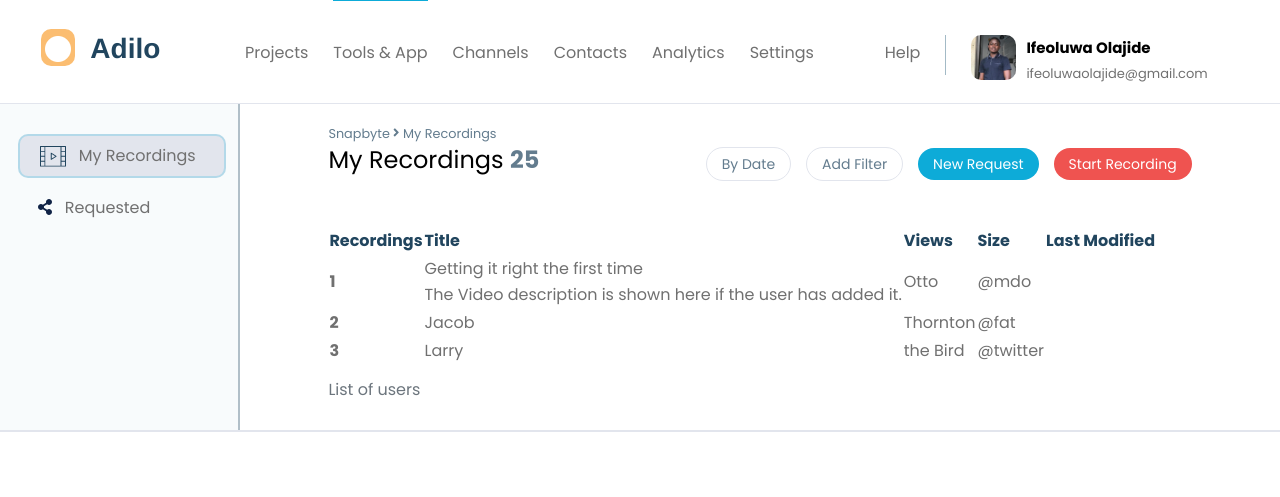
Repository: olhighjay/video_recorder
Page: /
An editor plug-in stored every save of this project. The page is shown before and after the next save, followed by the edit.
The browser window is 1280 px wide. The pictures show the whole page.
Some web libraries are served in a nearby version. The project was rebuilt for these pictures with package versions that can differ from the ones it lists, and the page was loaded fresh each time. Also part of the build but not shown: vue.config.js.

Above is the page before, as saved 2022-07-29 06:09:12.

After the next save:
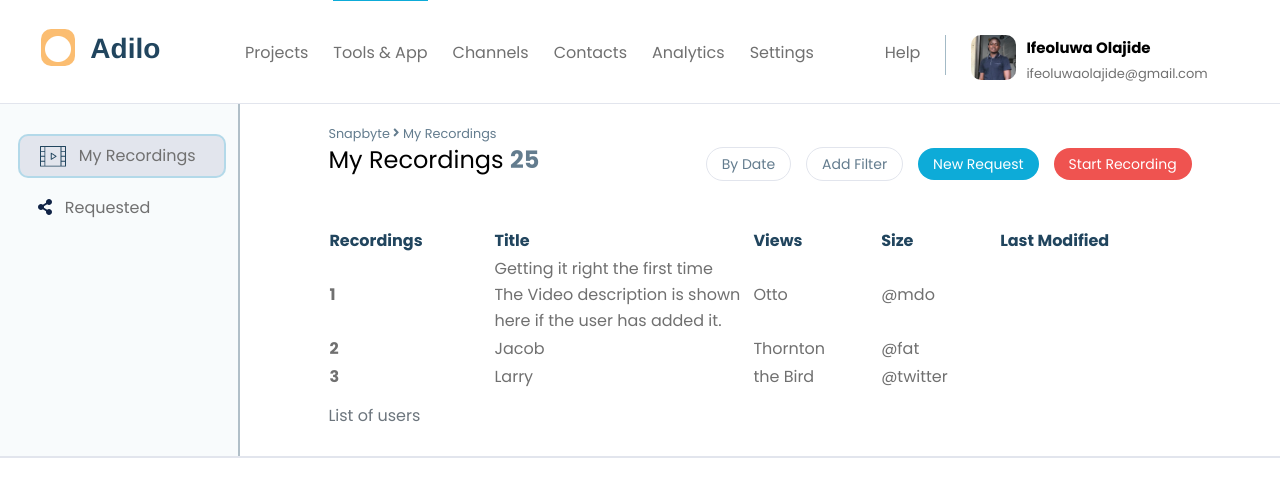
Saved 8 s later.
--- a/src/App.vue
+++ b/src/App.vue
@@ -55,7 +55,7 @@
   <tbody>
     <tr>
       <th scope="row">1</th>
-      <td style="min-width:30%">
+      <td style="width:30%">
         <span>Getting it right the first time </span> <br />
         <span>The Video description is shown here if the user has added it. </span>
       </td>
